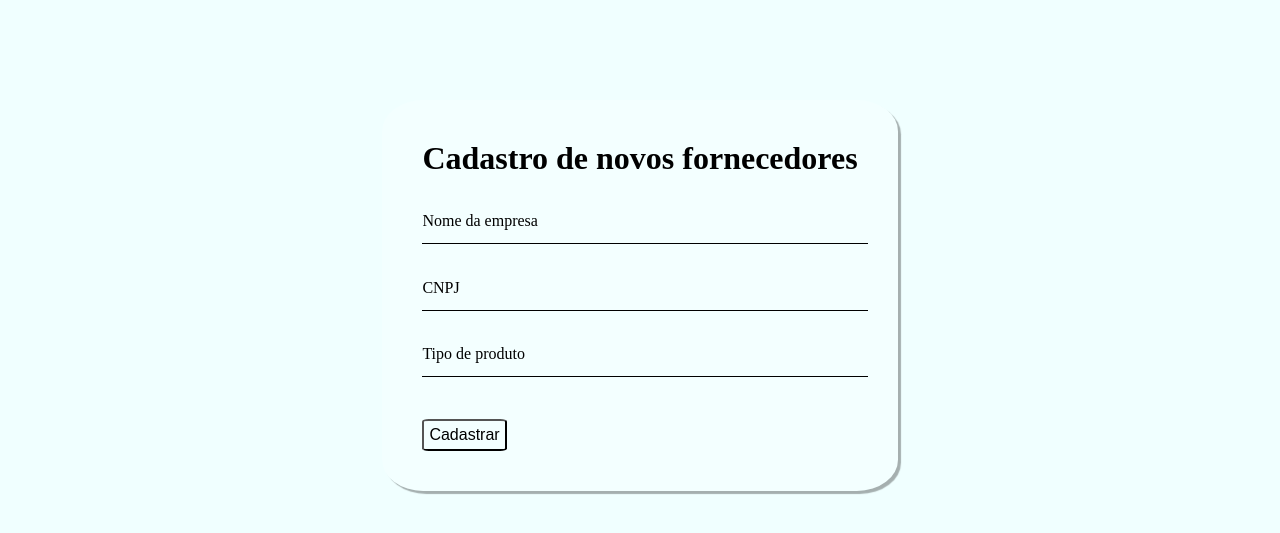
Repository: crisholiveira/speedlog
Page: http://localhost/cadastroDeFornecedor/
These files come from the project's save history. The page is drawn as it stood at one moment and after the next save; the edit follows.
The browser window is 1280 px wide. The pictures show the whole page.
The page is served by the project's Node server (app.js). Other server files are loaded and not shown.

Above is the page before, as saved 2022-01-16 16:31:05.

### views/cadFornecedor.ejs
<!DOCTYPE html>
<html lang="pt-br">
<head>
    <meta charset="UTF-8">
    <meta http-equiv="X-UA-Compatible" content="IE=edge">
    <meta name="viewport" content="width=device-width, initial-scale=1.0">
    <title>Cadastro de fornecedor</title>

    <link rel="stylesheet" href="/stylesheets/cadFornecedor.css">
<body>

    <div class="container">
        <div class="card">
            <h1>Cadastro de novos fornecedores</h1>

            <div class="label-float">
                <input type="text" name="nome" id="nome" placeholder=" ">
                <label for="nome">Nome da empresa</label>
            </div>

            <div class="label-float">
                <input type="number" name="sap" id="sap" placeholder=" ">
                <label for="sap">CNPJ</label>
            </div>

            <div class="label-float">
                <input type="email" name="email" id="email" placeholder=" ">
                <label for="email">Tipo de produto</label>
            </div>

            <div class="justfy-center">
                <button>Cadastrar</button>
            </div>

        </div>
    </div>

</body>
</html>

### app.js
var createError = require('http-errors');
var express = require('express');
var path = require('path');
var cookieParser = require('cookie-parser');
var logger = require('morgan');

var indexRouter = require('./routes/index');
var usersRouter = require('./routes/users');
var homeRouter = require('./routes/home');
var perfilRouter = require('./routes/perfil');
var requisicoesRouter = require('./routes/requisicoes');
var estoqueRouter = require('./routes/estoque');
var usuariosRouter = require('./routes/usuarios');
var produtosRouter = require('./routes/produtos');
var cadFornecedorRouter = require('./routes/cadFornecedor')


var app = express();

// view engine setup
app.set('views', path.join(__dirname, 'views'));
app.set('view engine', 'ejs');

app.use(logger('dev'));
app.use(express.json());
app.use(express.urlencoded({ extended: false }));
app.use(cookieParser());
app.use(express.static(path.join(__dirname, 'public')));

app.use('/', indexRouter);
app.use('/users', usersRouter);
app.use('/home', homeRouter);
app.use('/perfil', perfilRouter);
app.use('/requisicoes', requisicoesRouter);
app.use('/estoque', estoqueRouter);
app.use('/usuarios', usuariosRouter);
app.use('/produtos', produtosRouter);
app.use('/cadastroDeFornecedor', cadFornecedorRouter);

// catch 404 and forward to error handler
app.use(function(req, res, next) {
  next(createError(404));
});

// error handler
app.use(function(err, req, res, next) {
  // set locals, only providing error in development
  res.locals.message = err.message;
  res.locals.error = req.app.get('env') === 'development' ? err : {};

  // render the error page
  res.status(err.status || 500);
  res.render('error');
});

module.exports = app;

### controllers/cadFornecedorController.js
const cadFornecedorController = {
    index: (req, res) => {

        res.render('cadFornecedor')
    }
}
module.exports = cadFornecedorController;

### public/stylesheets/cadFornecedor.css
* {
    margin: 0;
    padding: 0;
}

body{ /*
    background-image: url(../img/fundo.jpg);
    background-repeat: no-repeat;
    background-size: cover;
    background-position: center;
    background-attachment: fixed; */
    background-color: azure;
}

.container{
    display: flex;
    justify-content: center;
    width: 100%;
    margin-top: 100px;
}

.card{
    background-color: #ffffff30;
    padding: 40px;
    border-radius: 8%;
    box-shadow: 3px 3px 1px 0 #00000050;
}

h1{
    text-align: center;
    margin-bottom: 20px;
}

.label-float input{
    width: 100%;
    padding: 5px 5px;
    display: inline-block;
    border: 0;
    border-bottom: 1px solid #000;
    background-color: transparent;
    outline: none;
    min-width: 400px;
    font-size: 18px;
    transition: all .3s ease-out;
}

.label-float{
    position: relative;
    padding-top: 13px;
    margin-top: 5%;
    margin-bottom: 5%;
}

.label-float input:focus{
    border-bottom: 2px solid #000;
}

.label-float label{
    color: rgb(0, 0, 0);
    pointer-events: none;
    position: absolute;
    top: 0;
    left: 0;
    margin-top: 13px;
    transition: all .3s ease-out;
}

.label-float input:focus + label{
    font-size: 12px;
    margin-top: 0;
    color: black;
}

button{
    background-color: transparent;
    border-color: black;
    color: black;
    padding: 5px;
    font-size: 12pt;
    margin-top: 20px;
    border-radius: 8%;
    cursor: pointer;
    outline: node;
}

button:hover{
    background-color: rgb(27, 168, 81);
    color: white;
    transition: all .3s ease-out;
}

After the next save:
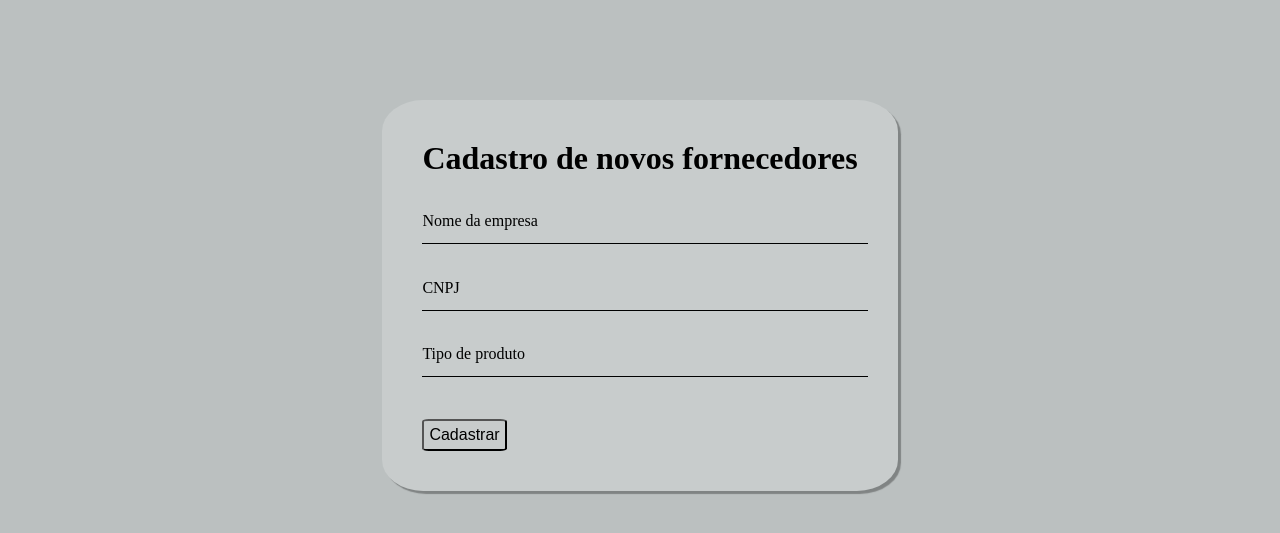
Saved 28 s later.
--- a/public/stylesheets/cadFornecedor.css
+++ b/public/stylesheets/cadFornecedor.css
@@ -9,7 +9,7 @@ body{ /*
     background-size: cover;
     background-position: center;
     background-attachment: fixed; */
-    background-color: azure;
+    background-color: rgb(187, 192, 192);
 }
 
 .container{
